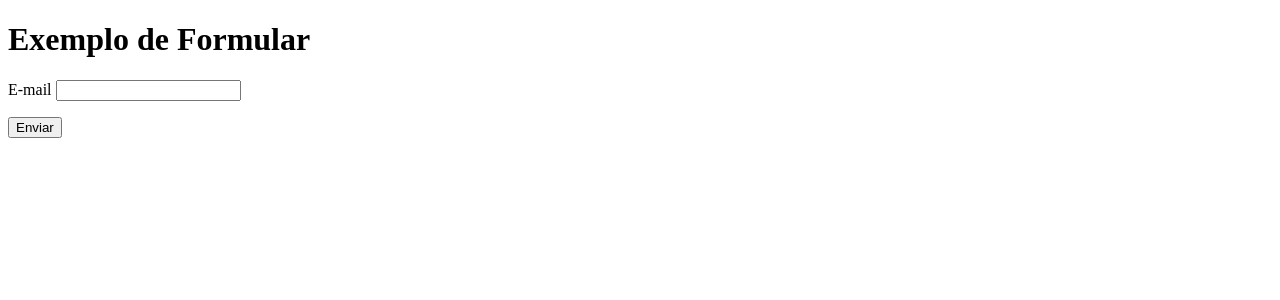
Repository: DorivalJunior14/exercicios
Page: ex025.html/form004.html
These files come from the project's save history. The page is drawn as it stood at one moment and after a run of saves; the edit follows.
The browser window is 1280 px wide. The pictures show the whole page.

Above is the page before, as saved 2022-07-20 17:45:05.

### ex025.html/form004.html
<!DOCTYPE html>
<html lang="pt-br">
<head>
    <meta charset="UTF-8">
    <meta name="viewport" content="width=device-width, initial-scale=1.0">
    <title>Formulario</title>
</head>
<body>
    <h1>Exemplo de Formular</h1>
    <form action="cadastro.php" method="get">
        <p>
            <label for="iemail">E-mail</label>
            <input type="email" name="email" id="iemail">
            <p>
                <input type="submit" value="Enviar">

            </p>
        </form>
</body>
</html>

After the next 2 saves:
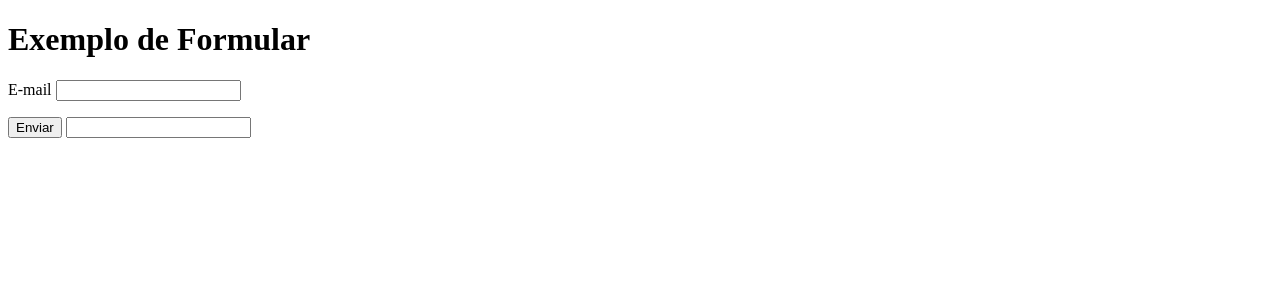
The 2 saves are shown as one change because they came seconds apart.
The last was saved 12 s later.
--- a/ex025.html/form004.html
+++ b/ex025.html/form004.html
@@ -13,7 +13,7 @@
             <input type="email" name="email" id="iemail">
             <p>
                 <input type="submit" value="Enviar">
-
+                <input ty
             </p>
         </form>
 </body>
